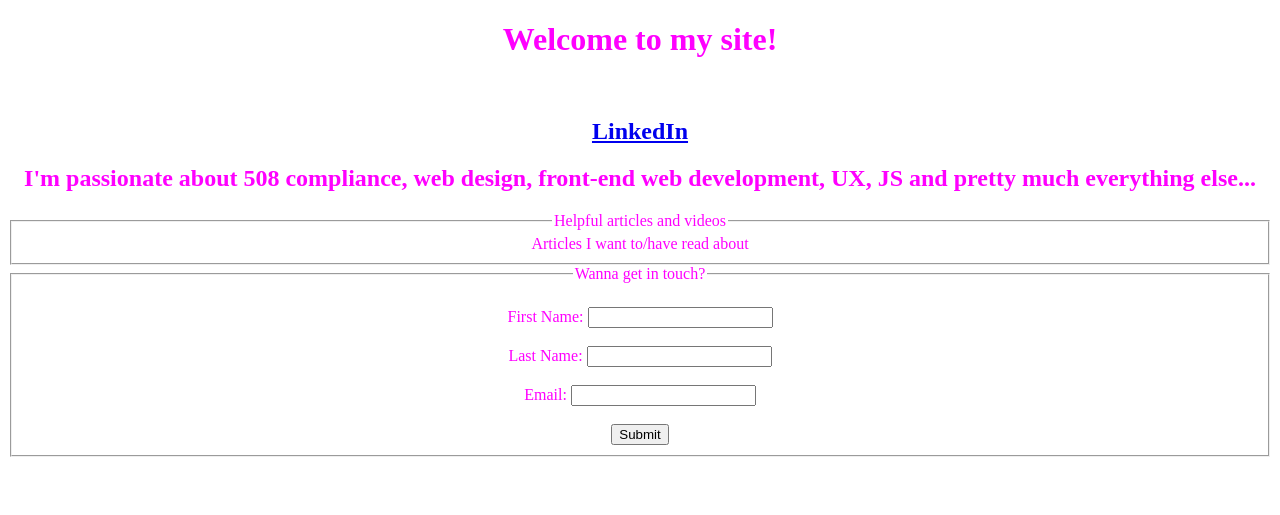
Repository: jasvr/jasvr.io
Page: index.html
The author's editor kept a copy of each file at every save. The page is drawn from the files as they stood at one save, then again after a run of saves.
The browser window is 1280 px wide. The pictures show the whole page.

Above is the page before, as saved 2020-01-10 14:58:39.

### index.html
<!DOCTYPE html>
<html lang="en">
<head>
    <meta charset="UTF-8">
    <meta name="viewport" content="width=device-width, initial-scale=1.0">
    <meta http-equiv="X-UA-Compatible" content="ie=edge">
    <title>Jasmin Vargas</title>
    <link href="style.css" type="text/css" rel="stylesheet">
</head>
<body>
    <h1>Welcome to my site!</h1>
    <br>
    <h2><a href="https://www.linkedin.com/in/jasvrgs/">LinkedIn</a></h2>
    <h2>I'm passionate about 508 compliance, web design, front-end web development, UX, JS and pretty much everything else...</h2>

    <fieldset>
        <legend>Helpful articles and videos</legend>
             Articles I want to/have read about
    </fieldset>


    <fieldset>
        <legend>Wanna get in touch?</legend>
        <div>
            <br>
            <label for ="firstname">First Name: </label>
            <input type="text" name="firstname"/>
        </div>
        <div>
            <br>
            <label for ="lastname">Last Name: </label>
            <input type="text" name="lastname"/>
        </div>
        <div>
            <br>
            <label for ="email">Email: </label>
            <input type="text" name="email"/>

        </div>
        <div>
            <br>
            <input type="submit" value="Submit">
        </div>
    </fieldset>
</body>
</html>

### style.css
body{
    color:magenta;
    text-align:center;
    }

    *:focus{
        outline: 0;
        box-shadow: 0 0 10px #eb0486;
        border-color: #eb0486;
    }

    a:focus{
        color: #eb0486;
        font-weight: bold;
    }

    .button:focus{
        background-color: #eb0486;

    }

After the next 4 saves:
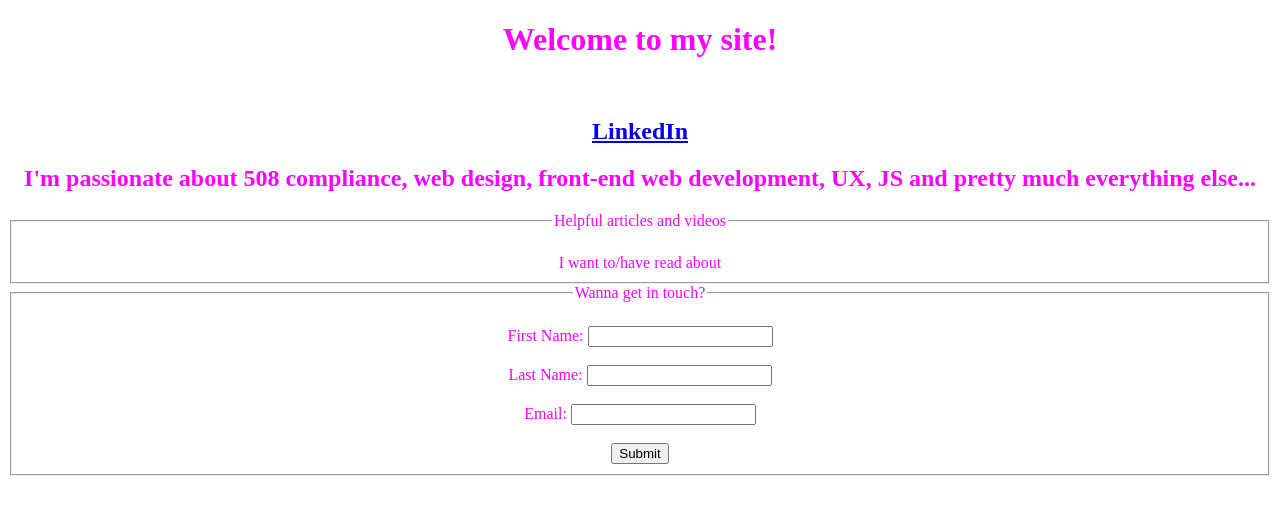
The 4 saves are shown as one change because they came seconds apart.
The last was saved 13 s later.
--- a/index.html
+++ b/index.html
@@ -15,7 +15,7 @@
 
     <fieldset>
         <legend>Helpful articles and videos</legend>
-             Articles I want to/have read about
+             <h3></h3> I want to/have read about
     </fieldset>
 
 
